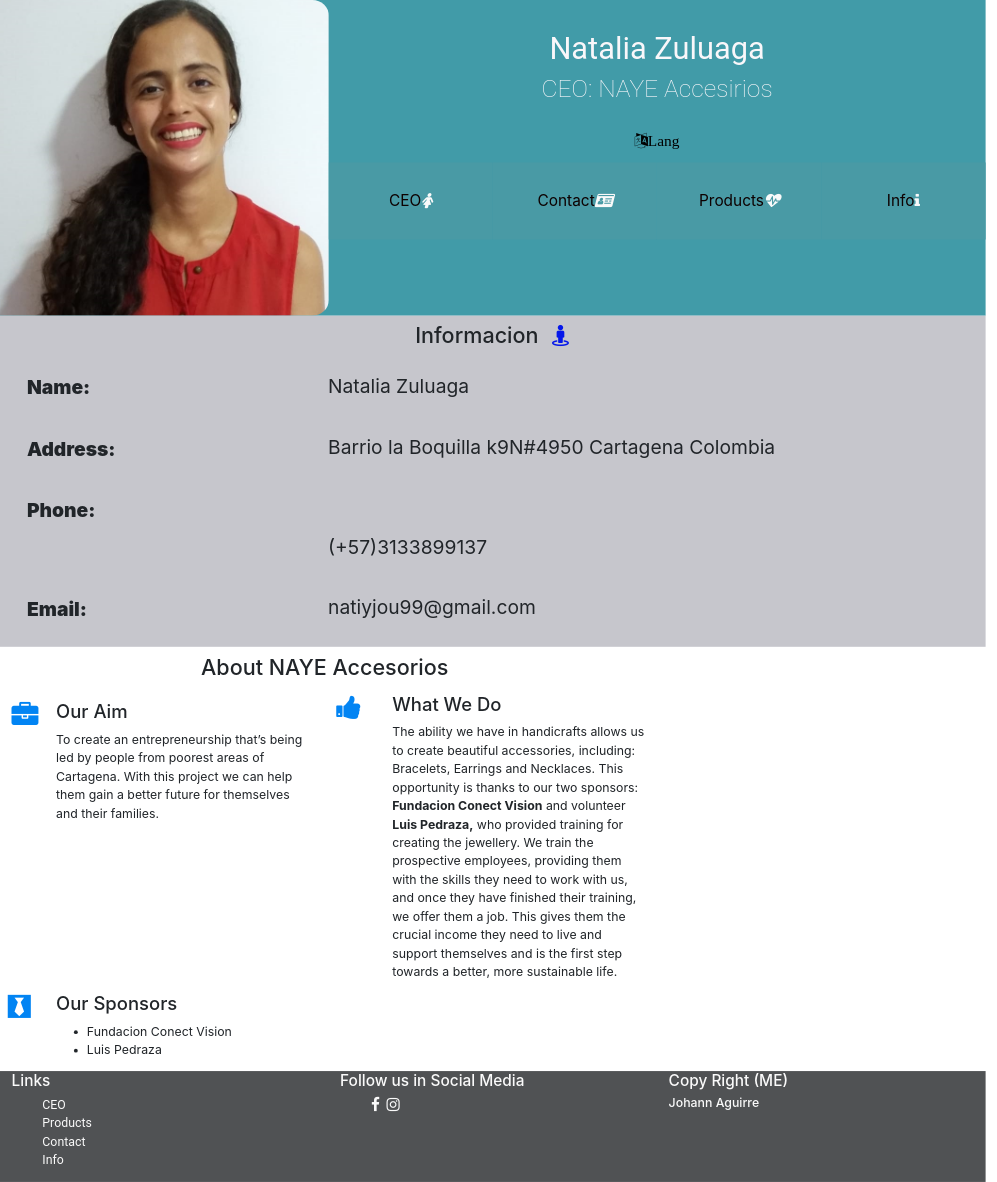
Repository: cachimiro/1-mile-stone-project
Page: index-english.html
The author's editor kept a record of every edit. The page is drawn from the files as they stood at one moment, then again after the next edit.
The browser window is 1280 px wide. The page is 1295 px wide, so the pictures cover 1295 px, including what lies to the right of the window. The pictures show the whole page, at 77% of full size.
Some web libraries are served in a nearby version.

Above is the page before.

After the next edit:
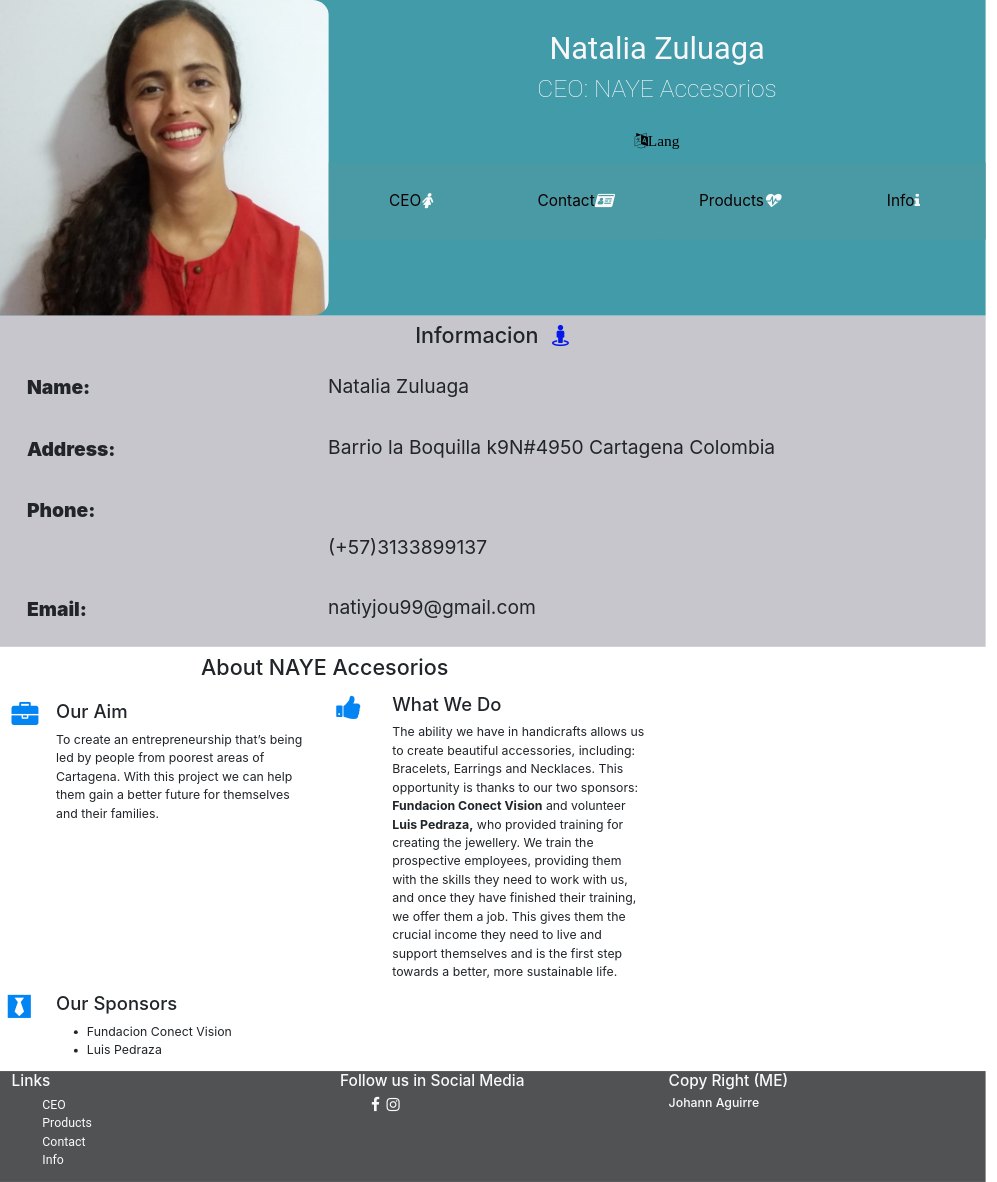
The edit:
--- a/index-english.html
+++ b/index-english.html
@@ -23,7 +23,7 @@
                 <div class="row no-gutters">
                     <div class="col heading bg-color-name-title">
                         <h1 class="name">Natalia Zuluaga</h1>
-                        <h2 class="title">CEO: NAYE Accesirios</h2>
+                        <h2 class="title">CEO: NAYE Accesorios</h2>
                         <div class="dropdown">
                             <button class="dropbtn"><i class="fa fa-language">Lang</i></button>
                             <div class="dropdown-content">
